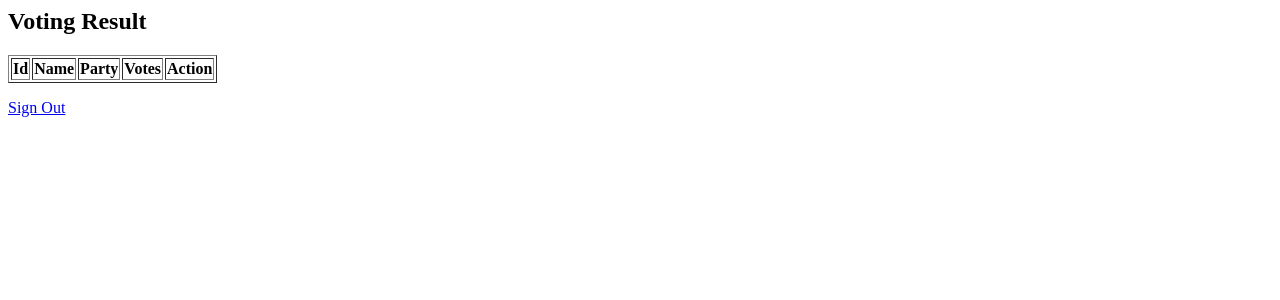
Repository: KD3-86718-yagywalky/Advance-java
Page: http://localhost/secondapp/result
These files come from the project's save history. The page is drawn as it stood at one moment and after the next save; the edit follows.
The browser window is 1280 px wide. The pictures show the whole page.
The page is served by Tomcat 9. Other server files are loaded and not shown. Queries for data that is not in the repository find no rows.

Above is the page before, as saved 2024-12-03 14:51:42.

### Assignment02/secondapp/src/main/java/com/sunbeam/servlets/ResultServlet.java
package com.sunbeam.servlets;

import java.io.IOException;
import java.io.PrintWriter;
import java.util.ArrayList;
import java.util.List;

import javax.servlet.ServletException;
import javax.servlet.annotation.WebServlet;
import javax.servlet.http.Cookie;
import javax.servlet.http.HttpServlet;
import javax.servlet.http.HttpServletRequest;
import javax.servlet.http.HttpServletResponse;

import com.sunbeam.daos.CandidateDao;
import com.sunbeam.daos.CandidateDaoImpl;
import com.sunbeam.entities.Candidate;

@WebServlet("/result")
public class ResultServlet extends HttpServlet{

	@Override
	protected void doGet(HttpServletRequest req, HttpServletResponse resp) throws ServletException, IOException {
		processRequest(req, resp);
	}

	@Override
	protected void doPost(HttpServletRequest req, HttpServletResponse resp) throws ServletException, IOException {

		processRequest(req, resp);
	}

protected void processRequest(HttpServletRequest req, HttpServletResponse resp) throws ServletException, IOException {

		List<Candidate> list = new ArrayList<>();

		try( CandidateDao candDao = new CandidateDaoImpl()){
			list = candDao.findAll();

		} catch (Exception e) {
			e.printStackTrace();
			throw new ServletException();
		}

		resp.setContentType("text/html");
		PrintWriter out = resp.getWriter();

		out.println("<html>");
		out.println("<head>");
		out.println("<title>Result</title>");
		out.println("</head>");
		out.println("<body>");
		Cookie[] arr = req.getCookies();

		String userName = "", role="";

		if(arr !=null) {
			for (Cookie c : arr) {
				if(c.getName().equals("uname")) {
					userName = c.getName();
				}
				if(c.getName().equals("role"))
					role=c.getValue();
			}
		}
		out.println("<h2>Voting Result</h2>");
		out.println("<table border='1'>");
		out.println("<thead>");
		out.println("<tr>");
		out.println("<th>Id</th>");
		out.println("<th>Name</th>");
		out.println("<th>Party</th>");
		out.println("<th>Votes</th>");
		out.println("<th>Action</th>");
		out.println("</tr>");
		out.println("</thead>");
		out.println("<tbody>");
		for(Candidate c : list) {
		out.println("<tr>");
		out.printf("<td>%d</td>\n", c.getId());
		out.printf("<td>%s</td>\n", c.getName());
		out.printf("<td>%s</td>\n", c.getParty());
		out.printf("<td>%d</td>\n", c.getVotes());
		out.printf("<td></td>\n");
		out.println("</tr>");
		}
		out.println("</tbody>");
		out.println("</table>");
		out.println("<p><a href='logout'>Sign Out</a></p>");
		out.println("</body>");
		out.println("</html>");
	}

}

### Assignment02/secondapp/src/main/java/com/sunbeam/daos/Dao.java
/**
 * Course: Advanced Computing (DAC) @ Sunbeam Infotech
 * Author: Nilesh Ghule <nilesh@sunbeaminfo.com>
 * Date: Nov 5, 2024
 */

package com.sunbeam.daos;

import java.sql.Connection;

import com.sunbeam.utils.DbUtil;

public abstract class Dao implements AutoCloseable {
	protected Connection con;
	public Dao() throws Exception {
		con = DbUtil.getConnection();
	}
	public void close() throws Exception {
		con.close();
	}
}

### Assignment02/secondapp/src/main/java/com/sunbeam/daos/CandidateDaoImpl.java
/**
 * Course: Advanced Computing (DAC) @ Sunbeam Infotech
 * Author: Nilesh Ghule <nilesh@sunbeaminfo.com>
 * Date: Nov 5, 2024
 */

package com.sunbeam.daos;

import java.sql.PreparedStatement;
import java.sql.ResultSet;
import java.util.ArrayList;
import java.util.List;

import com.sunbeam.entities.Candidate;

public class CandidateDaoImpl extends Dao implements CandidateDao {
	private PreparedStatement stmtFindAll;
	private PreparedStatement stmtFindById;
	private PreparedStatement stmtSave;
	private PreparedStatement stmtUpdate;
	private PreparedStatement stmtDeleteById;
	private PreparedStatement stmtIncrVote;

	public CandidateDaoImpl() throws Exception {
		String sqlFindAll = "SELECT * FROM candidates";
		stmtFindAll = con.prepareStatement(sqlFindAll);
		String sqlFindById = "SELECT * FROM candidates WHERE id = ?";
		stmtFindById = con.prepareStatement(sqlFindById);
		String sqlSave = "INSERT INTO candidates(name, party, votes) VALUES(?, ?, ?)";
		stmtSave = con.prepareStatement(sqlSave);
		String sqlUpdate = "UPDATE candidates SET name=?, party=?, votes=? WHERE id=?";
		stmtUpdate = con.prepareStatement(sqlUpdate);
		String sqlDeleteById = "DELETE FROM candidates WHERE id=?";
		stmtDeleteById = con.prepareStatement(sqlDeleteById);
		String sqlIncrVote = "Update candidates set votes = votes+1 where id =?";
		stmtIncrVote = con.prepareStatement(sqlIncrVote);
	}
	public void close() throws Exception {
		stmtDeleteById.close();
		stmtUpdate.close();
		stmtSave.close();
		stmtFindById.close();
		stmtFindAll.close();
		stmtIncrVote.close();
		super.close();
	}
	public List<Candidate> findAll() throws Exception {
		List<Candidate> list = new ArrayList<Candidate>();
		try(ResultSet rs = stmtFindAll.executeQuery()) {
			while(rs.next()) {
				int id = rs.getInt("id");
				String name = rs.getString("name");
				String party = rs.getString("party");
				int votes = rs.getInt("votes");
				Candidate c = new Candidate(id, name, party, votes);
				list.add(c);
			}
		} // rs.close();
		return list;
	}

	public Candidate findById(int id) throws Exception {
		stmtFindById.setInt(	1, id);
		try(ResultSet rs = stmtFindById.executeQuery()) {
			if(rs.next()) {
				id = rs.getInt("id");
				String name = rs.getString("name");
				String party = rs.getString("party");
				int votes = rs.getInt("votes");
				Candidate c = new Candidate(id, name, party, votes);
				return c;
			}
		} // rs.close();
		return null;
	}

	public int save(Candidate c) throws Exception {
		stmtSave.setString(1, c.getName());
		stmtSave.setString(2, c.getParty());
		stmtSave.setInt(3, c.getVotes());
		int count = stmtSave.executeUpdate();
		return count;
	}

	public int update(Candidate c) throws Exception {
		stmtUpdate.setString(1, c.getName());
		stmtUpdate.setString(2, c.getParty());
		stmtUpdate.setInt(3, c.getVotes());
		stmtUpdate.setInt(4, c.getId());
		int count = stmtUpdate.executeUpdate();
		return count;
	}

	public int deleteById(int id) throws Exception {
		stmtDeleteById.setInt(1, id);
		int count = stmtDeleteById.executeUpdate();
		return count;
	}
	@Override
	public int IncrVote(int id) throws Exception {
		stmtIncrVote.setInt(1, id);
		int count = stmtIncrVote.executeUpdate();
		return count;
	}
}

### Assignment02/secondapp/src/main/java/com/sunbeam/utils/DbUtil.java
/**
 * Course: Advanced Computing (DAC) @ Sunbeam Infotech
 * Author: Nilesh Ghule <nilesh@sunbeaminfo.com>
 * Date: Nov 5, 2024
 */

package com.sunbeam.utils;

import java.sql.Connection;
import java.sql.DriverManager;

public class DbUtil {
	public static final String DB_DRIVER = "com.mysql.cj.jdbc.Driver";
	public static final String DB_URL = "jdbc:mysql://localhost:3306/advjava";
	public static final String DB_USER = "root";
	public static final String DB_PASSWD = "manager";

	static {
		// load and register driver
		try {
			Class.forName(DB_DRIVER);
		} catch (ClassNotFoundException e) {
			e.printStackTrace();
			System.exit(1);
		}
	}

	public static Connection getConnection() throws Exception {
		Connection con = DriverManager.getConnection(DB_URL, DB_USER, DB_PASSWD);
		return con;
	}
}

After the next save:
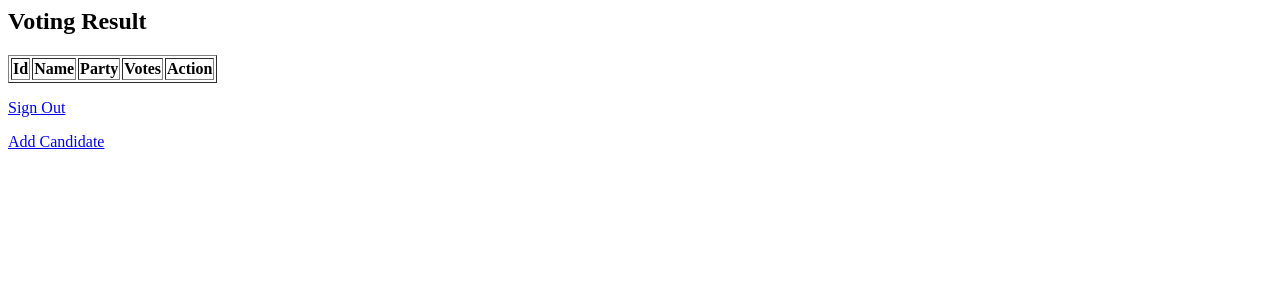
Saved 51 s later.
--- a/Assignment02/secondapp/src/main/java/com/sunbeam/servlets/ResultServlet.java
+++ b/Assignment02/secondapp/src/main/java/com/sunbeam/servlets/ResultServlet.java
@@ -87,6 +87,7 @@
 		out.println("</tbody>");
 		out.println("</table>");
 		out.println("<p><a href='logout'>Sign Out</a></p>");
+		out.println("<p><a href='newcandidate'>Add Candidate</a></p>");
 		out.println("</body>");
 		out.println("</html>");
 	}
